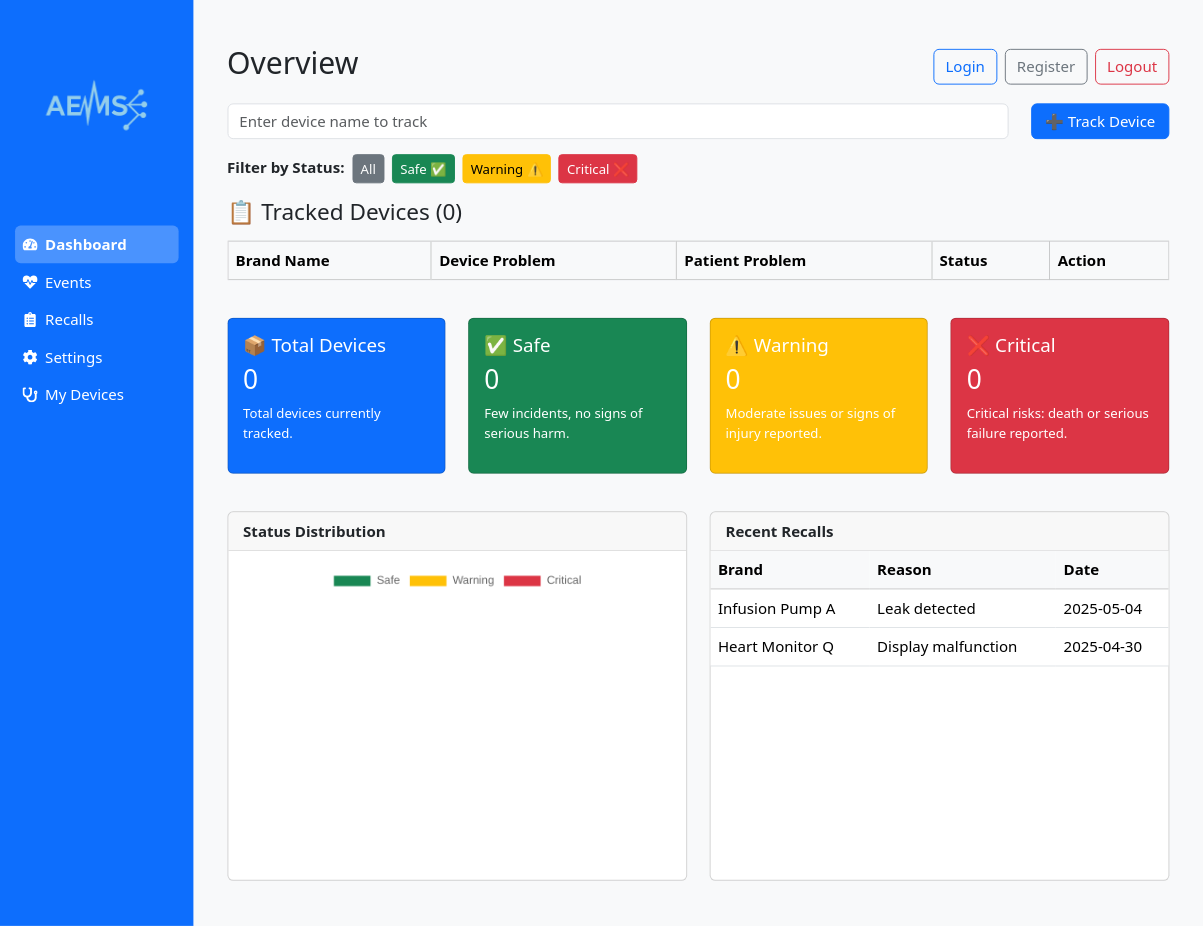
Repository: Sarary2/AEMS_2MVP
Page: / (app in frontend/AEMS/)
An editor plug-in stored every save of this project. The page is shown before and after the next save, followed by the edit.
The browser window is 1280 px wide. The pictures show the whole page, at 94% of full size.
The page's requests for data from a server got no answer. The project was rebuilt for these pictures with package versions that can differ from the ones it lists, and the page was loaded fresh each time. No one was signed in, and anything a server would have sent is missing. Also part of the build but not shown: frontend/AEMS/vite.config.js, frontend/AEMS/src/components/DeviceRow.jsx, frontend/AEMS/src/pages/Events.jsx, frontend/AEMS/src/firebase.js, frontend/AEMS/src/pages/Login.jsx, frontend/AEMS/src/pages/Register.jsx, frontend/AEMS/src/utils/fetchRecalls.js, frontend/AEMS/src/pages/Recalls.jsx and 2 more.

Above is the page before, as saved 2025-05-06 14:36:11.

After the next save:
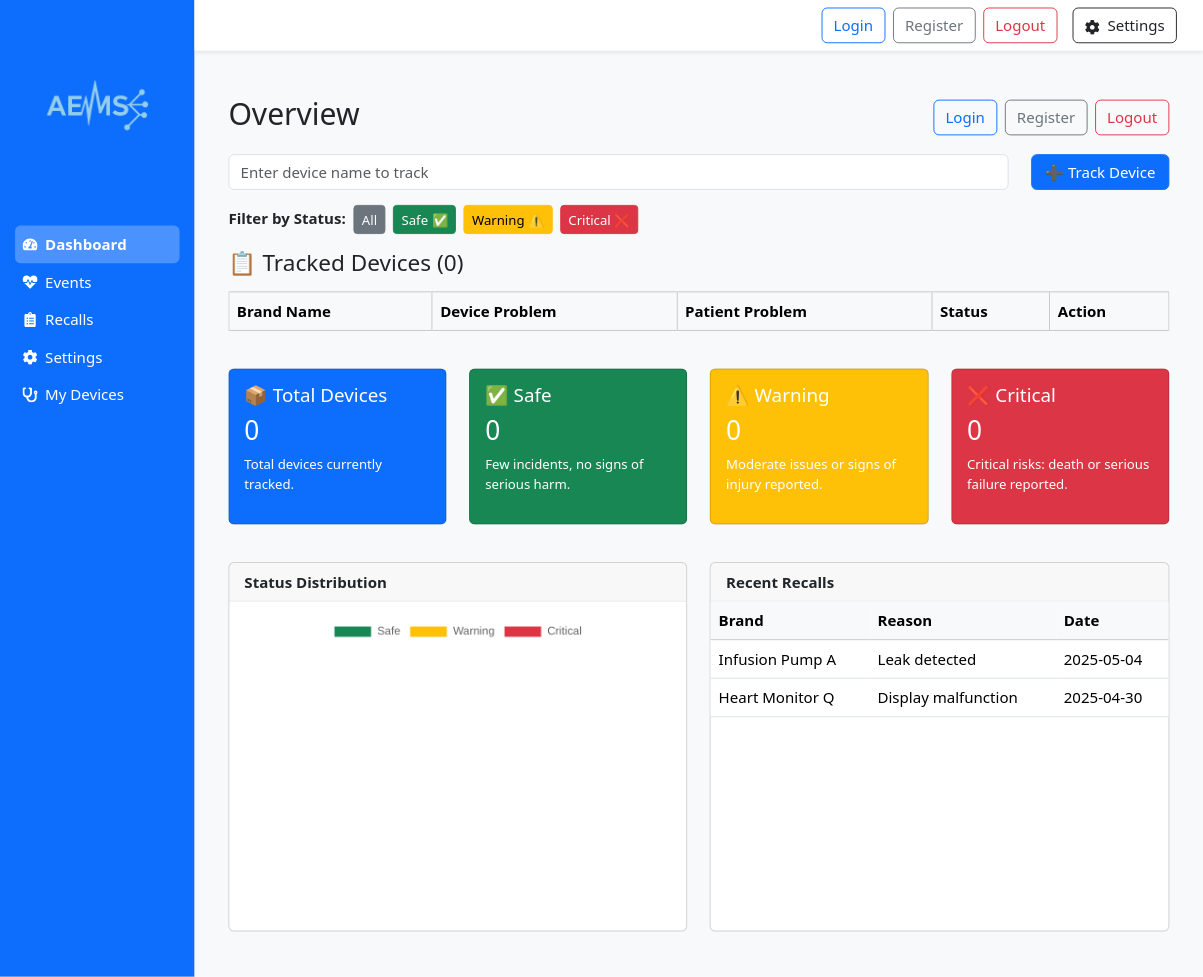
Saved 50 s later.
--- a/frontend/AEMS/src/App.jsx
+++ b/frontend/AEMS/src/App.jsx
@@ -1,5 +1,6 @@
 import { BrowserRouter as Router, Routes, Route, useLocation } from 'react-router-dom';
 import Sidebar from './components/Sidebar';
+import Navbar from './components/Navbar'; // ✅ Import the new Navbar
 import Dashboard from './pages/Dashboard';
 import Events from './pages/Events';
 import Login from './pages/Login';
@@ -12,8 +13,11 @@ function LayoutWithSidebar({ children }) {
   return (
     <div className="d-flex min-vh-100">
       <Sidebar />
-      <div className="flex-grow-1 bg-light p-4 overflow-auto">
-        {children}
+      <div className="flex-grow-1 bg-light d-flex flex-column">
+        <Navbar /> {/* ✅ Add the top navbar */}
+        <div className="flex-grow-1 p-4 overflow-auto">
+          {children}
+        </div>
       </div>
     </div>
   );
